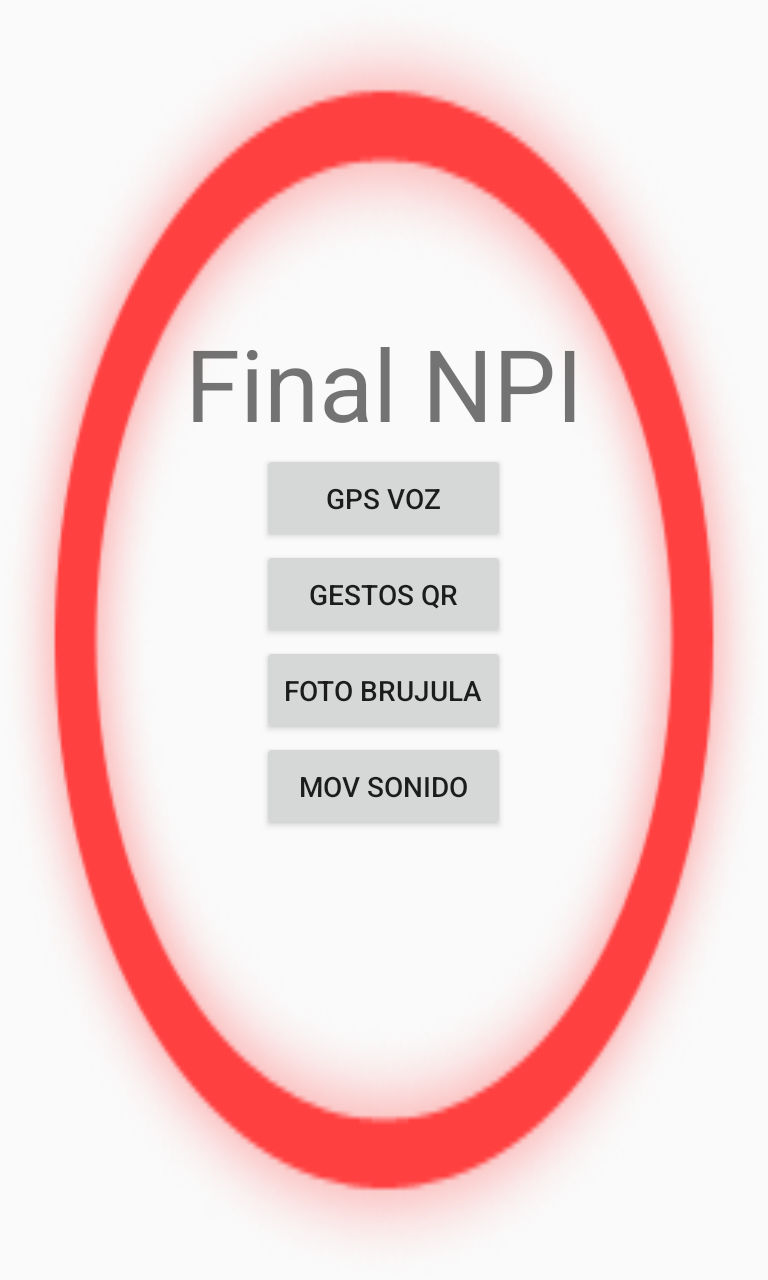
Repository: ADoncel/Android-NPI
Layout: ProyectAndroid/AndroidMetaio/res/layout/activity_main.xml
These files come from the project's save history. The layout is drawn as it stood at one moment and after the next save; the edit follows.
It is drawn on a 768 x 1280 px phone screen (xhdpi) without system bars, with theme AppTheme; the app's code is not run.

Above is the layout before, as saved 2015-01-21 00:30:41.

### ProyectAndroid/AndroidMetaio/res/layout/activity_main.xml
<RelativeLayout xmlns:android="http://schemas.android.com/apk/res/android"
    xmlns:tools="http://schemas.android.com/tools"
    android:layout_width="fill_parent"
    android:layout_height="fill_parent"
    android:background="@drawable/indicator_code_lock_point_area_red_holo"
    android:paddingBottom="@dimen/activity_vertical_margin"
    android:paddingLeft="@dimen/activity_horizontal_margin"
    android:paddingRight="@dimen/activity_horizontal_margin"
    android:paddingTop="@dimen/activity_vertical_margin"
    tools:context="com.meatio.androidmetaio.MainActivity" >

    <TextView
        android:id="@+id/main_text"
        android:layout_width="wrap_content"
        android:layout_height="wrap_content"
        android:layout_alignParentTop="true"
        android:layout_centerHorizontal="true"
        android:layout_marginTop="142dp"
        android:text="@string/title_app"
        android:textSize="50sp" />

    <Button
        android:id="@+id/speakGPS_button"
        android:layout_width="wrap_content"
        android:layout_height="wrap_content"
        android:layout_alignLeft="@+id/fotobrujula_button"
        android:layout_alignRight="@+id/fotobrujula_button"
        android:layout_below="@+id/main_text"
        android:text="@string/speak_button" />

    <Button
        android:id="@+id/qrreader_button"
        android:layout_width="wrap_content"
        android:layout_height="wrap_content"
        android:layout_alignLeft="@+id/speakGPS_button"
        android:layout_alignRight="@+id/speakGPS_button"
        android:layout_below="@+id/speakGPS_button"
        android:text="@string/qr_button" />

    <Button
        android:id="@+id/fotobrujula_button"
        android:layout_width="wrap_content"
        android:layout_height="wrap_content"
        android:layout_below="@+id/qrreader_button"
        android:layout_centerHorizontal="true"
        android:text="@string/fotobrujula_button" />

    <Button
        android:id="@+id/sensor_button"
        android:layout_width="wrap_content"
        android:layout_height="wrap_content"
        android:layout_alignLeft="@+id/fotobrujula_button"
        android:layout_alignRight="@+id/fotobrujula_button"
        android:layout_below="@+id/fotobrujula_button"
        android:text="@string/sensor_button" />

</RelativeLayout>

### ProyectAndroid/AndroidMetaio/res/values/strings.xml
<resources>

    <string name="app_name">AndroidMetaio</string>
    <string name="action_settings">Settings</string>
    <string name="metaioSDKSignature">fATHtuYuVAi1IpawQ6m57N8MvdcDtYjBbhnKqC7PkKg=</string>
    <string name="radiobutton_web">Web search</string>
    <string name="radiobutton_free">Free form</string>
    <string name="instructions_langmodel">Choose a language model</string>
    <string name="instructions_numresults">Choose the maximum number of results</string>
    <string name="speechbtn">Press the button to speak</string>
    <string name="title_app">Final NPI</string>
    <string name="speak_button">GPS Voz</string>
    <string name="voice_button">TOMAR</string>
    <string name="latitud_text">LATITUD</string>
    <string name="longitud_text">LONGITUD</string>
    <string name="GPS_button">START GPS</string><string name="qr_button">Gestos QR</string>
    <string name="sensor_button">Mov Sonido</string>

    <!-- Accessibility description sent when user starts drawing a lock pattern. -->
    <string name="lockscreen_access_pattern_start">Pattern started</string>
    <!-- Accessibility description sent when the pattern times out and is cleared. -->
    <string name="lockscreen_access_pattern_cleared">Pattern cleared</string>
    <!-- Accessibility description sent when user adds a cell to the pattern. -->
    <string name="lockscreen_access_pattern_cell_added">Cell added</string>
    <!-- Accessibility description sent when user completes drawing a pattern. -->
    <string name="lockscreen_access_pattern_detected">Pattern completed</string>


    <string name="lock_tip_pattern_ready">Dibuja el patron de desbloqueo：</string>
    <string name="lock_tip_pattern_start">Levante el dedo al terminar：</string>
    <string name="lock_tip_pattern_error_tooless">Establece minimo 4 puntos：</string>
    <string name="lock_tip_pattern_recored">Patron grabado</string>
    <string name="lock_tip_pattern_check">Dibuje el patron de nuevo para confirmar：</string>
    <string name="lock_tip_pattern_error_checkerror">Error de entrada por favor intentelo de nuevo</string>
    <string name="lock_tip_pattern_done">Su nuevo patron de desbloqueo：</string>

    <string name="verify_tip_input">Introduzca el patron：</string>
    <string name="verify_tip_error">La contraseña es incorrecta</string>

    <string name="lock_btn_next">NEXT</string>
    <string name="lock_btn_done">DONE</string>
    <string name="btn_cancel">CANCEL</string>
    <string name="btn_retry">RETRY</string>
    <string name="fotobrujula_button">Foto Brujula</string>

</resources>

Loaded but not shown: ProyectAndroid/AndroidMetaio/res/values/styles.xml (common file); ProyectAndroid/AndroidMetaio/res/values-v11/styles.xml (common file); ProyectAndroid/AndroidMetaio/res/values-v14/styles.xml (common file); ProyectAndroid/AndroidMetaio/res/values/dimens.xml (common file); ProyectAndroid/AndroidMetaio/res/values-w820dp/dimens.xml (common file)

After the next save:
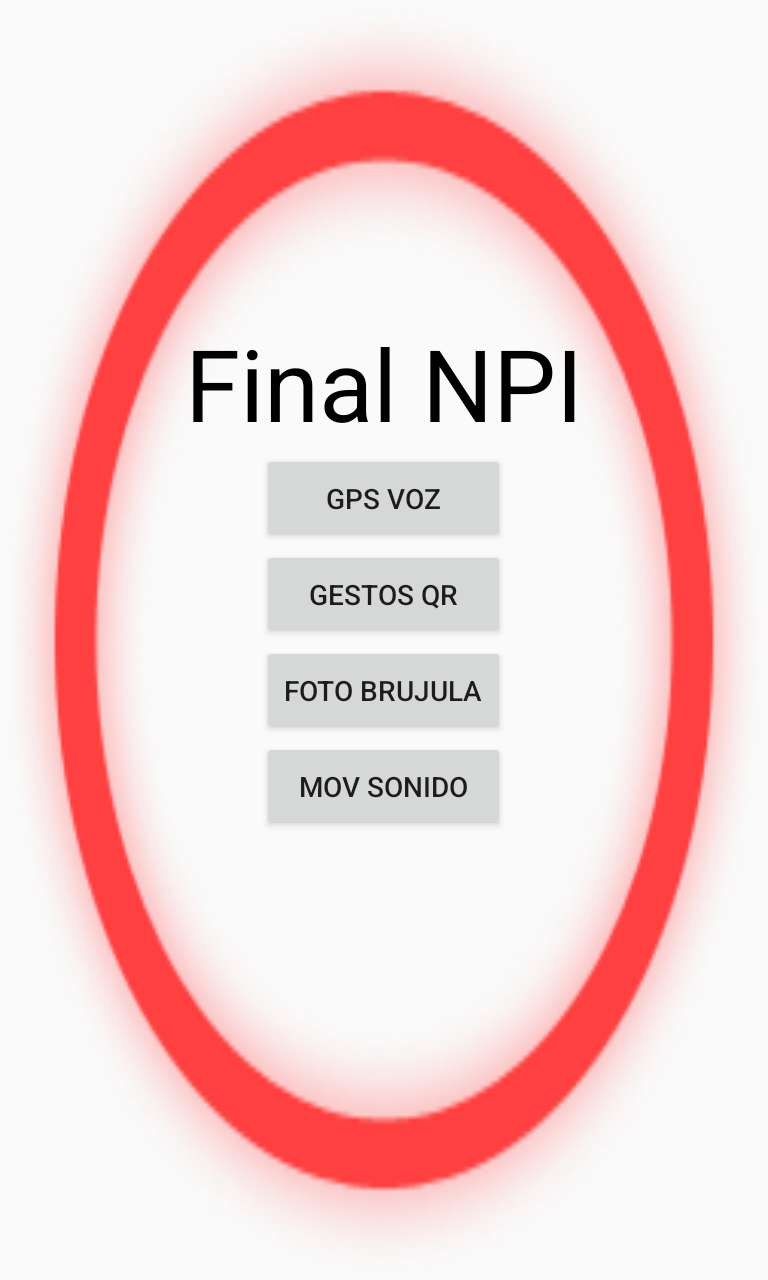
Saved 21 s later.
--- a/ProyectAndroid/AndroidMetaio/res/layout/activity_main.xml
+++ b/ProyectAndroid/AndroidMetaio/res/layout/activity_main.xml
@@ -17,6 +17,7 @@
         android:layout_centerHorizontal="true"
         android:layout_marginTop="142dp"
         android:text="@string/title_app"
+        android:textColor="#000"
         android:textSize="50sp" />
 
     <Button
